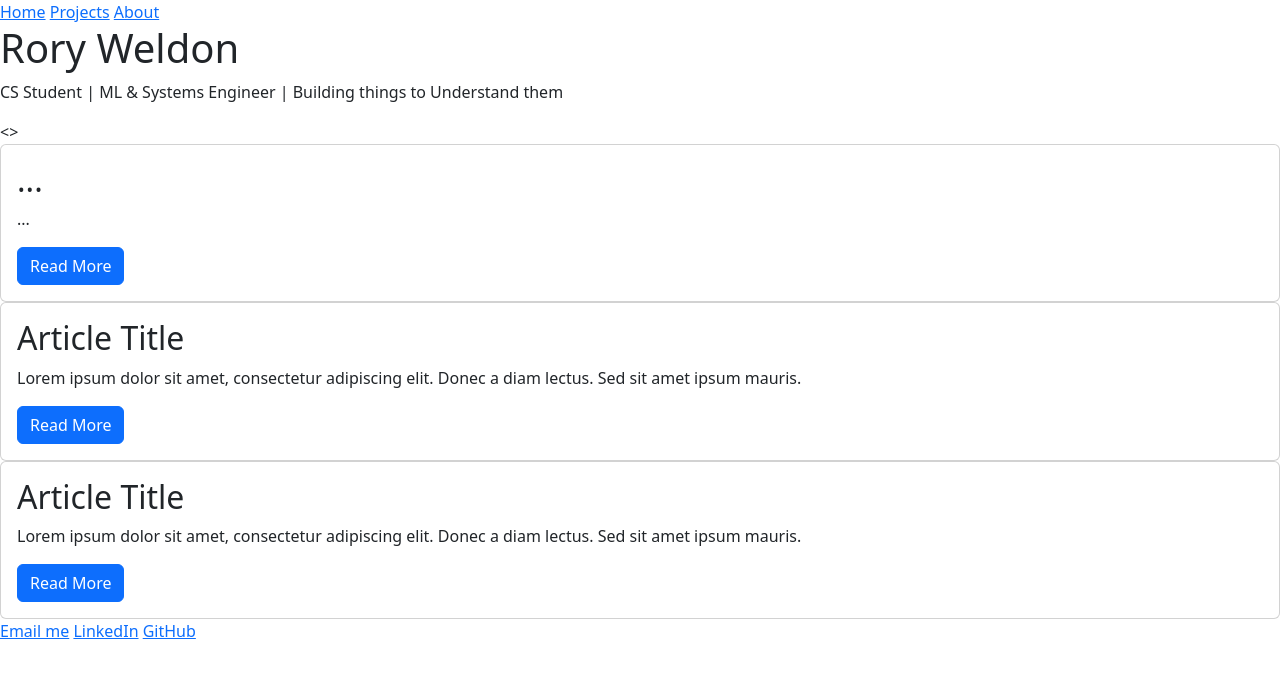
Repository: Art3misF0wl90/Portfolio
Page: index.html
The author's editor kept a copy of each file at every save. The page is drawn from the files as they stood at one save, then again after a run of saves.
The browser window is 1280 px wide. The pictures show the whole page.

Above is the page before, as saved 2026-06-17 19:13:52.

### index.html
<!doctype html>
<html lang="en">
  <!-- This is a simple portfolio website for Rory Weldon, a CS student with interests in ML and systems engineering. The website includes a navigation bar, header, main content area with project teasers, and a footer with contact information. -->
  <head>
    <meta charset="UTF-8" />
    <meta name="viewport" content="width=device-width, initial-scale=1.0" />
    <title>Rory Weldon - Portfolio</title>
    <link
      href="https://cdn.jsdelivr.net/npm/bootstrap@5.3.8/dist/css/bootstrap.min.css"
      rel="stylesheet"
      integrity="sha384-sRIl4kxILFvY47J16cr9ZwB07vP4J8+LH7qKQnuqkuIAvNWLzeN8tE5YBujZqJLB"
      crossorigin="anonymous"
    />
   <!--<link rel="stylesheet" href="style.css" /> disabled while working with bootstrap, will re-enable for custom overrides later.-->
  </head>
  <!-- this is the main content area -->
  <body>
    <!-- Navigation bar -->
    <nav>
      <a href="index.html">Home</a>
      <a href="projects.html">Projects</a>
      <a href="about.html">About</a>
    </nav>

    <!-- Header content -->
    <header>
      <h1>Rory Weldon</h1>
      <p>
        CS Student | ML & Systems Engineer | Building things to Understand them
      </p>
    </header>

    <main>

      <>
      <!-- Main content - Teasers for projects-->
      <article class="card">
        <div class="card-body">
          <!-- provides internal padding -->
          <h2 class="card-title">...</h2>
          <p class="card-text">...</p>
          <a href="..." class="btn btn-primary">Read More</a>
        </div>
      </article>

      <article class="card">
        <div class="card-body">
          <h2 class="card-title">Article Title</h2>
          <p class="card-text">
            Lorem ipsum dolor sit amet, consectetur adipiscing elit. Donec a
            diam lectus. Sed sit amet ipsum mauris.
          </p>
          <a href="..." class="btn btn-primary">Read More</a>
        </div>
      </article>
      <!-- Add more articles as needed -->
      <article class="card">
        <div class="card-body">
          <!-- This is a placeholder article. Replace with actual project teasers. -->
          <h2 class="card-title">Article Title</h2>
          <p class="card-text">
            Lorem ipsum dolor sit amet, consectetur adipiscing elit. Donec a
            diam lectus. Sed sit amet ipsum mauris.
          </p>
          <!-- The "Read More" button can link to a detailed project page or modal -->
          <a href="..." class="btn btn-primary">Read More</a>
        </div>
      </article>
    </main>
    <!-- Footer content -->
    <footer>
      <a href="mailto:lweldon2@students.kennesaw.edu">Email me</a>
      <a href="https://www.linkedin.com/in/rory-weldon-5829ab297/">LinkedIn</a>
      <a href="https://github.com/Art3misF0wl90">GitHub</a>
    </footer>
  </body>
</html>

After the next 3 saves:
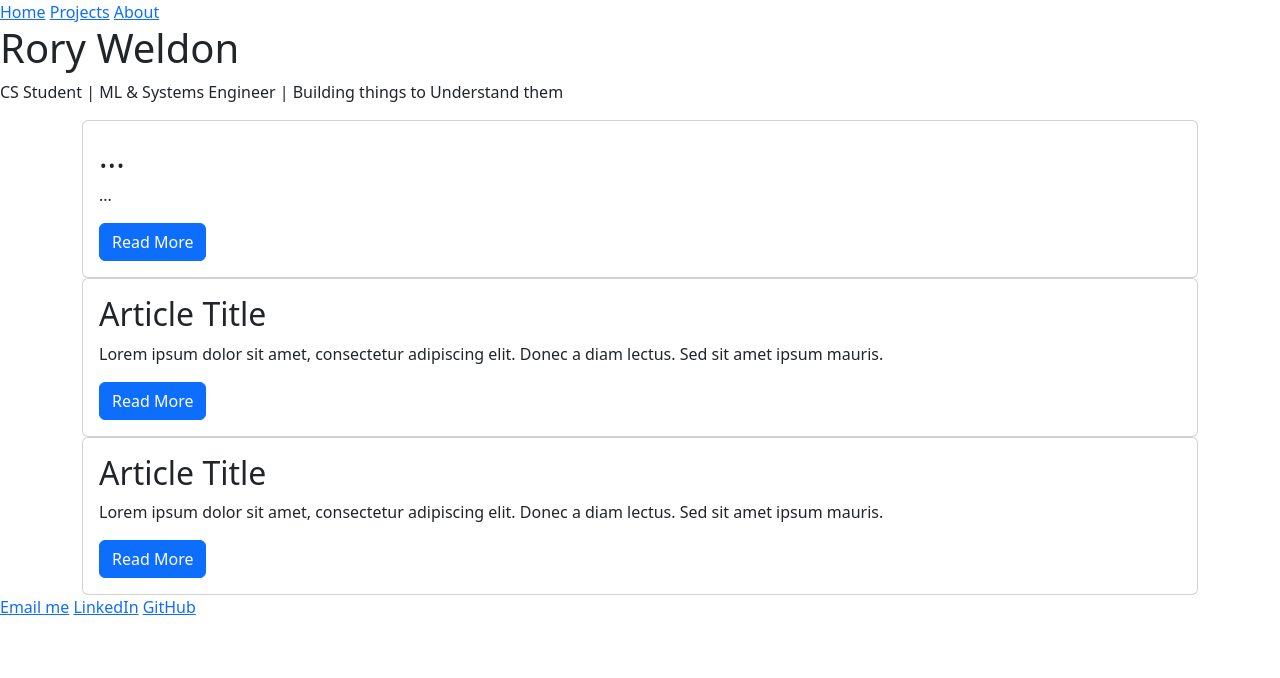
The 3 saves are shown as one change because they came seconds apart.
The last was saved 9 s later.
--- a/index.html
+++ b/index.html
@@ -32,7 +32,7 @@
 
     <main>
 
-      <>
+      <div class="container">
       <!-- Main content - Teasers for projects-->
       <article class="card">
         <div class="card-body">

After the 3 saves that followed:
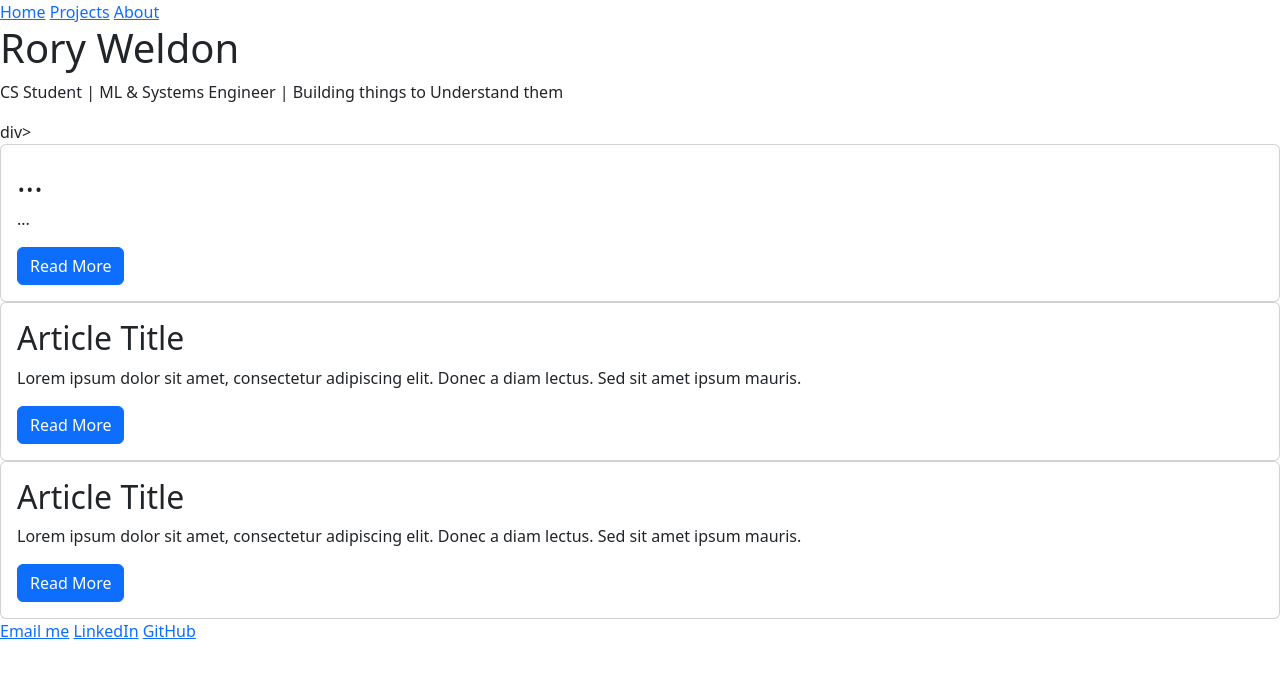
The 3 saves are shown as one change because they came seconds apart.
The last was saved 11 s later.
--- a/index.html
+++ b/index.html
@@ -32,7 +32,7 @@
 
     <main>
 
-      <div class="container">
+      <div class="container"></main>div>
       <!-- Main content - Teasers for projects-->
       <article class="card">
         <div class="card-body">
